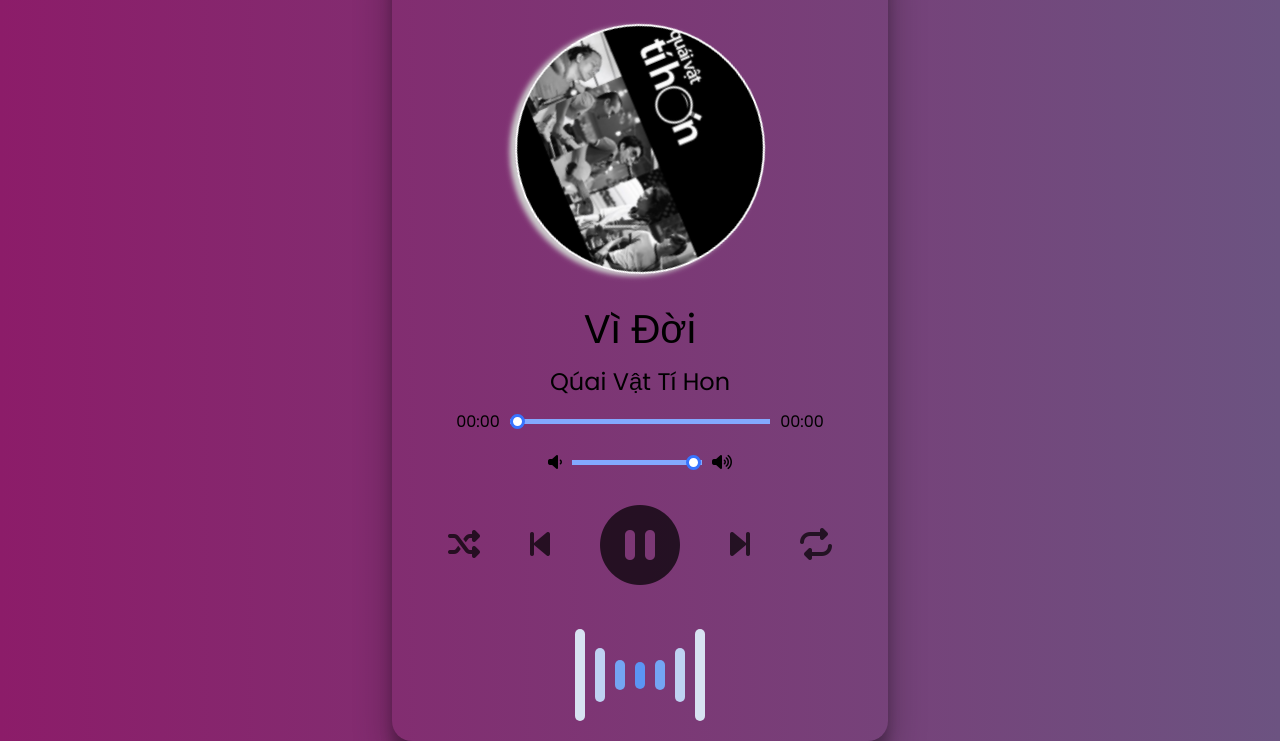
Repository: NguyenVietPhuQuy/Javascript-AudioPlayer
Page: index.html
The author's editor kept a copy of each file at every save. The page is drawn from the files as they stood at one save, then again after the next save.
The browser window is 1280 px wide. The pictures show the whole page.
After loading, the first visible `i.fa-play-circle` was clicked once.

Above is the page before, as saved 2022-11-09 12:15:58.

After the next save:
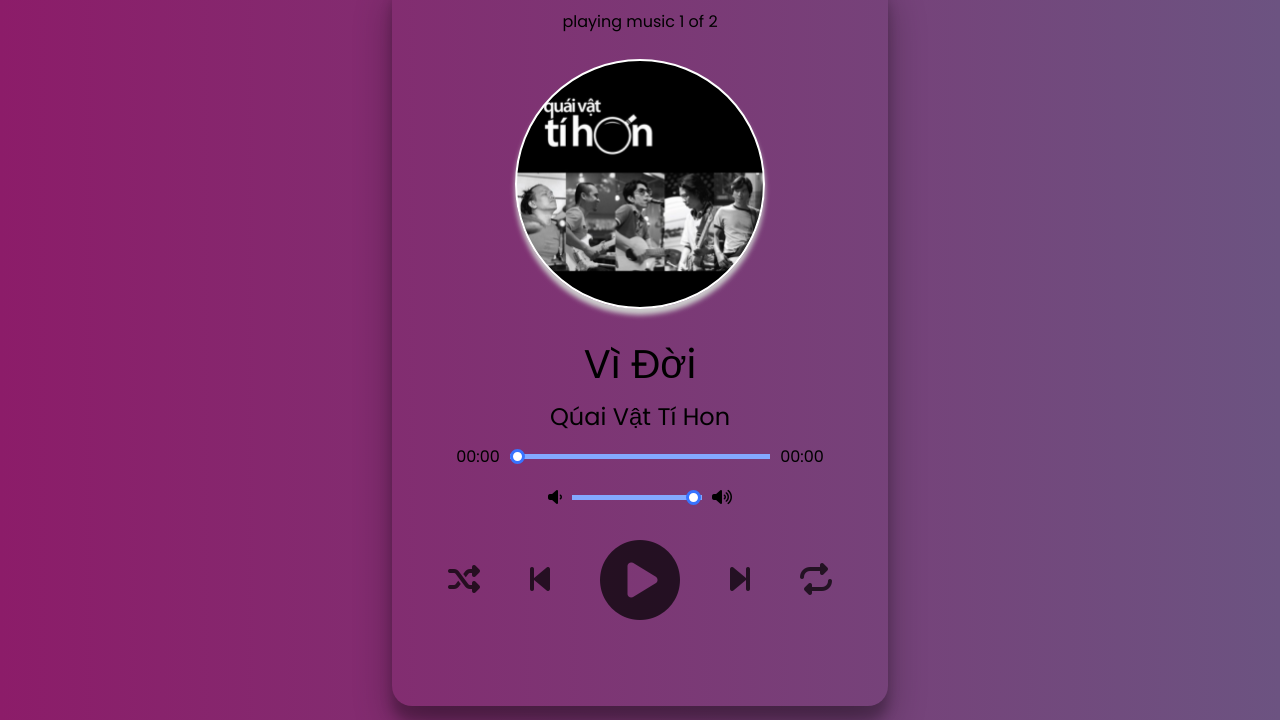
Saved 3 min 0 s later.
--- a/index.js
+++ b/index.js
@@ -98,7 +98,7 @@
     playTrack();
 }
 function playPauseTrack(){
-    isPlaying ?  pauseTrack() : playTrack();
+    isPlaying ?playTrack(): pauseTrack();
 }
 function playTrack(){
     curr_track.play();

After the save that followed:
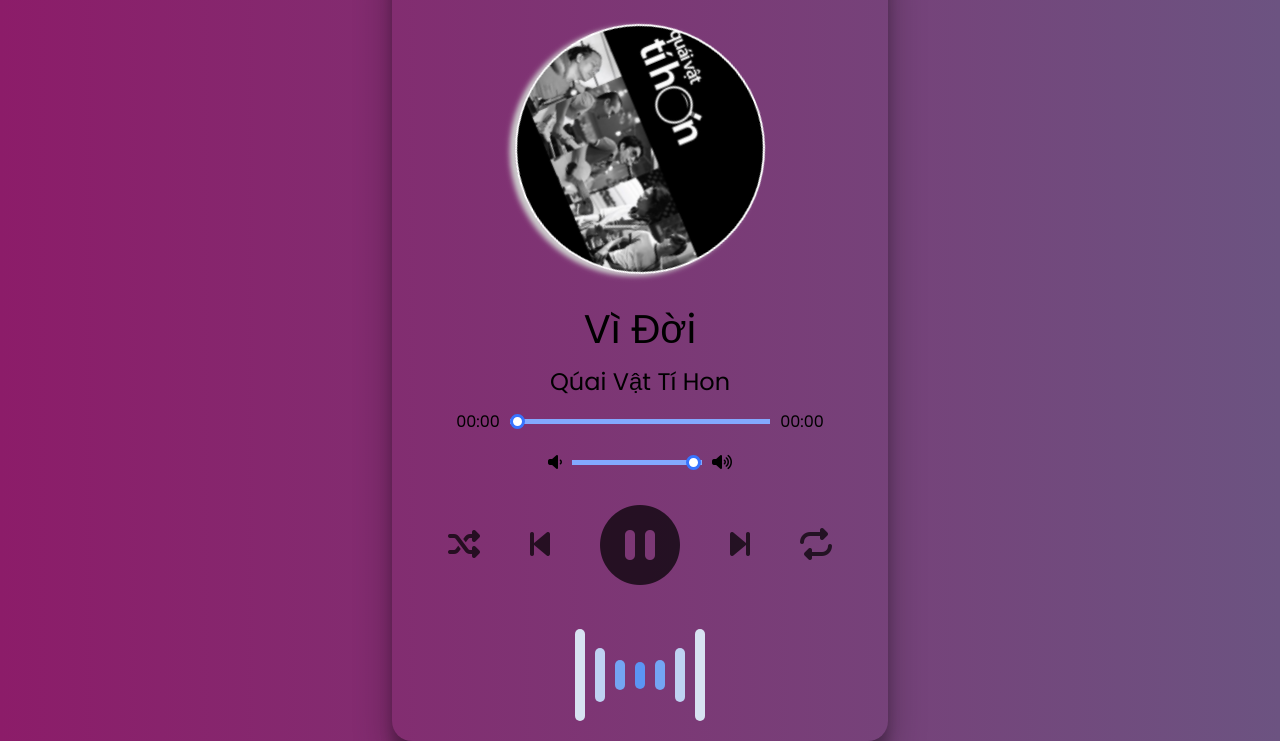
Saved 47 s later.
--- a/index.js
+++ b/index.js
@@ -98,7 +98,7 @@
     playTrack();
 }
 function playPauseTrack(){
-    isPlaying ?playTrack(): pauseTrack();
+    isPlaying ? pauseTrack() : playTrack();
 }
 function playTrack(){
     curr_track.play();
